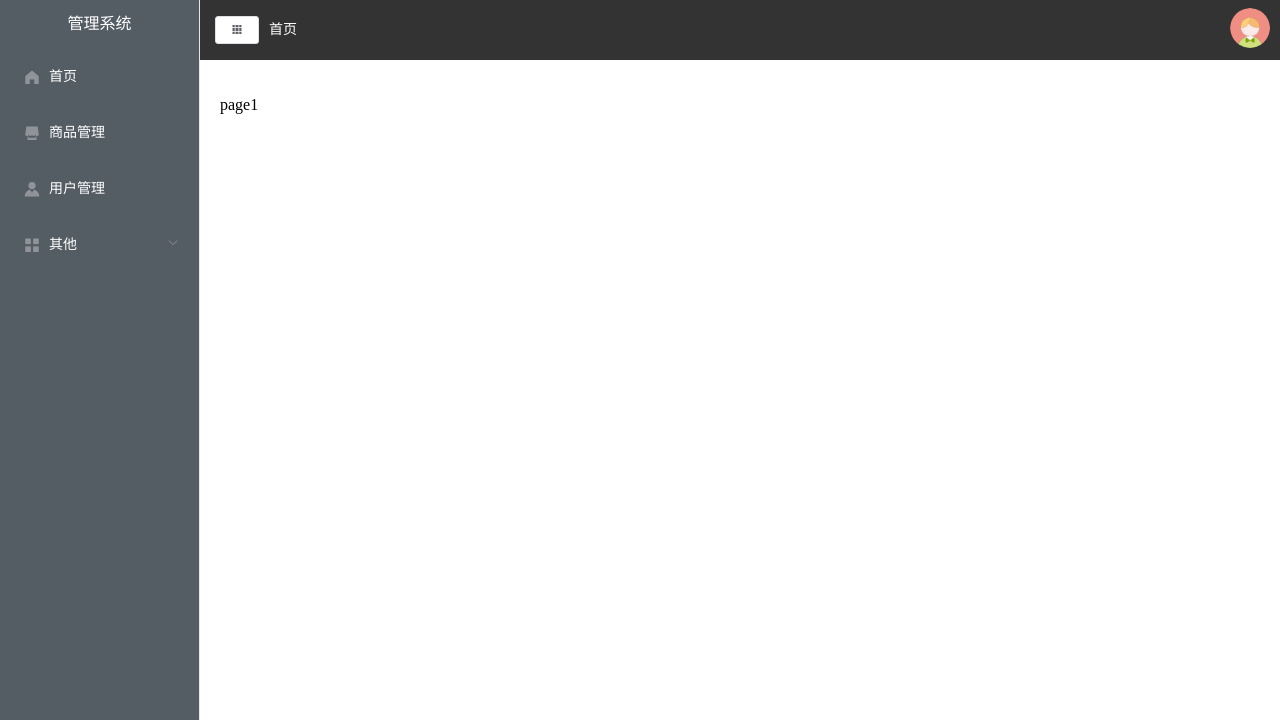
Repository: tkqi/manage
Page: /#/page1
These files come from the project's save history. The page is drawn as it stood at one moment and after the next save; the edit follows.
The browser window is 1280 px wide. The pictures show the whole page.
The project was rebuilt for these pictures with package versions that can differ from the ones it lists, and the page was loaded fresh each time. Also part of the build but not shown: vue.config.js.

Above is the page before, as saved 2023-12-01 16:15:13.

### src/main.js
import Vue from 'vue'
import App from './App.vue'
import router from './router'
import store from './store'
import ElementUI from 'element-ui';
import 'element-ui/lib/theme-chalk/index.css';

Vue.config.productionTip = false
Vue.use(ElementUI);

new Vue({
  router,
  store,
  render: h => h(App)
}).$mount('#app')

### src/App.vue
<template>
  <div id="app">
    <!-- 路由出口 -->
    <router-view />
  </div>
</template>

<script>
export default {
  name: 'App'
}
</script>

<style lang="less">
html,
body,
h3 {
  margin: 0;
  padding: 0;
}
</style>

### src/router/index.js
import Vue from 'vue'
import VueRouter from 'vue-router'
import routes from './routes'
Vue.use(VueRouter)


const router = new VueRouter({
  routes: routes
})

// 暴露router实例
export default router

### src/router/routes.js
export default [
    // 主路由
    {
        path: '/',
        component: () => import('../views/Main.vue'),
        redirect:'/home',// 重定向
        // 子路由
        children: [
            {
                // 首页
                path: '/home',
                // 路由组件懒加载
                component: () => import('../views/Home.vue')
            },
            {
                // 用户管理
                path: '/user',
                component: () => import('../views/User.vue')
            },
            {
                // 商品管理
                path: '/mall',
                component: () => import('../views/Mall.vue')
            },
            {
                // 其他/页面1
                path: '/page1',
                component: () => import('../views/Page1.vue')
            },
            {
                // 其他/页面2
                path: '/page2',
                component: () => import('../views/Page2.vue')
            },
        ]
    },
    {
        path: '/home',
        // 路由组件懒加载
        component: () => import('../views/Home.vue')
    },
    {
        path: '/user',
        component: () => import('../views/User.vue')
    }
]

### src/views/Main.vue
<!-- eslint-disable vue/multi-word-component-names -->
<template>
    <div>
        <el-container>
            <el-aside width="200px">
                <sidebar />
            </el-aside>
            <el-container>
                <el-header><topbar/></el-header>
                <el-main><router-view /></el-main>
            </el-container>
        </el-container>

    </div>
</template>

<script>
import sidebar from '../components/sidebar.vue'
import topbar from '../components/topbar.vue';
export default {
    components: {
        sidebar,
        topbar
    }
}
</script>

<style lang="less" scoped>
.el-header {
    padding: 0;
    margin: 0;
}
</style>

### src/views/Page1.vue
<!-- eslint-disable vue/multi-word-component-names -->
<template>
    <div>
        <p>page1</p>
    </div>
</template>

<script>

</script>

### src/components/sidebar.vue
<!-- eslint-disable vue/multi-word-component-names -->
<template>
    <el-menu class="menu" @open="handleOpen" @close="handleClose" :collapse="isCollapse" background-color="#545c64"
        text-color="#fff" active-text-color="#ffd04b" collapse-transition="true" unique-opened="true">
        <h3>管理系统</h3>
        <el-menu-item v-for="item in noChildren" :key="item.name" :index="item.name" @click="clickMenu(item)">
            <i :class="`el-icon-${item.icon}`"></i>
            <span slot="title">{{ item.label }}</span>
        </el-menu-item>
        <el-submenu v-for="item in hasChildren" :key="item.label" :index="item.label">
            <template slot="title">
                <i :class="`el-icon-${item.icon}`"></i>
                <span slot="title">{{ item.label }}</span>
            </template>
            <el-menu-item-group v-for="subitem in item.children" :key="subitem.name">
                <el-menu-item :index="subitem.name" @click="clickSubmenu(subitem)">
                    <!-- <template slot="title"> -->
                    <i :class="`el-icon-${subitem.icon}`"></i>
                    <span slot="title">{{ subitem.name }}</span>
                    <!-- </template> -->
                </el-menu-item>
            </el-menu-item-group>
        </el-submenu>
    </el-menu>
</template>

<script>
export default {
    computed: {
        // 无子菜单
        noChildren() {
            return this.menuData.filter(o => !o.children);
        },
        // 有子菜单
        hasChildren() {
            return this.menuData.filter(o => o.children);
        }
    },
    data() {
        return {
            isCollapse: false,
            menuData: [
                {
                    path: '/',
                    name: 'home',
                    label: "首页",
                    icon: 's-home',
                    url: 'Home/Home'
                },
                {
                    path: '/mall',
                    name: 'mall',
                    label: "商品管理",
                    icon: 's-shop',
                    url: 'MallManage/MallManage'
                },
                {
                    path: '/user',
                    name: 'user',
                    label: "用户管理",
                    icon: 's-custom',
                    url: 'UserManage/UserManage'
                },
                {
                    label: '其他',
                    icon: 'menu',
                    children: [
                        {
                            path: '/page1',
                            name: 'page1',
                            label: "页面1",
                            icon: 's-claim',
                            url: 'Other/PageOne'
                        },
                        {
                            path: '/page2',
                            name: 'page2',
                            label: "页面2",
                            icon: 's-claim',
                            url: 'Other/PageTwo'
                        },
                    ]
                }
            ]
        };
    },
    methods: {
        handleOpen(key, keyPath) {
            console.log(key, keyPath);
        },
        handleClose(key, keyPath) {
            console.log(key, keyPath);
        },
        clickMenu(item) {
            console.log(this.$router.currentRoute.path);
            // 判断当前路由于点击链接的路由不一致才跳转
            if (item.path != this.$route.path && !(this.$route.path == '/home' && item.path=='/'))
                this.$router.push(item.path);
        },
        clickSubmenu(subitem) {
            // 判断当前路由于点击链接的路由不一致才跳转
            if (subitem.path != this.$route.path)
                this.$router.push(subitem.path);
        }
    }
}
</script>

<style lang="less" scoped>
.el-menu-vertical-demo:not(.el-menu--collapse) {
    width: 200px;
    min-height: 400px;
}

.menu {
    height: 100vh;

    h3 {
        color: rgb(255, 255, 255);
        text-align: center;
        line-height: 48px;
        font-size: 16px;
        font-weight: 400;
    }
}
</style>

### src/components/topbar.vue
<!-- eslint-disable vue/multi-word-component-names -->
<template>
    <div class="head-container">
        <div class="l-content">
            <el-button icon="el-icon-s-grid" size="mini" />
            <!-- 面包屑 -->
            <span class="text">首页</span>
        </div>
        <div class="r-content">
            <el-dropdown>
                <span class="el-dropdown-link">
                    <img class="img" src="../assets/img/user-default.png" alt="">
                </span>
                <el-dropdown-menu slot="dropdown">
                    <el-dropdown-item>个人中心</el-dropdown-item>
                    <el-dropdown-item>退出</el-dropdown-item>
                </el-dropdown-menu>
            </el-dropdown>
        </div>
    </div>
</template>

<script>
export default {

}
</script>

<style lang="less" scoped>
.head-container {
    background-color: #333;
    height: 60px;
    display: flex;
    justify-content: space-between;
    align-items: center;
    padding-left: 15px;
    padding-right: 10px;
}

// .l-content {
//     padding-left: 15px;
// }

.r-content {}

.text {
    color: white;
    font-size: 14px;
    padding-left: 10px;
}

.img{
    height: 40px;
    width: 40px;
    border-radius: 50%;
}
</style>

Loaded but not shown: public/index.html (common file); src/store/index.js (common file)

After the next save:
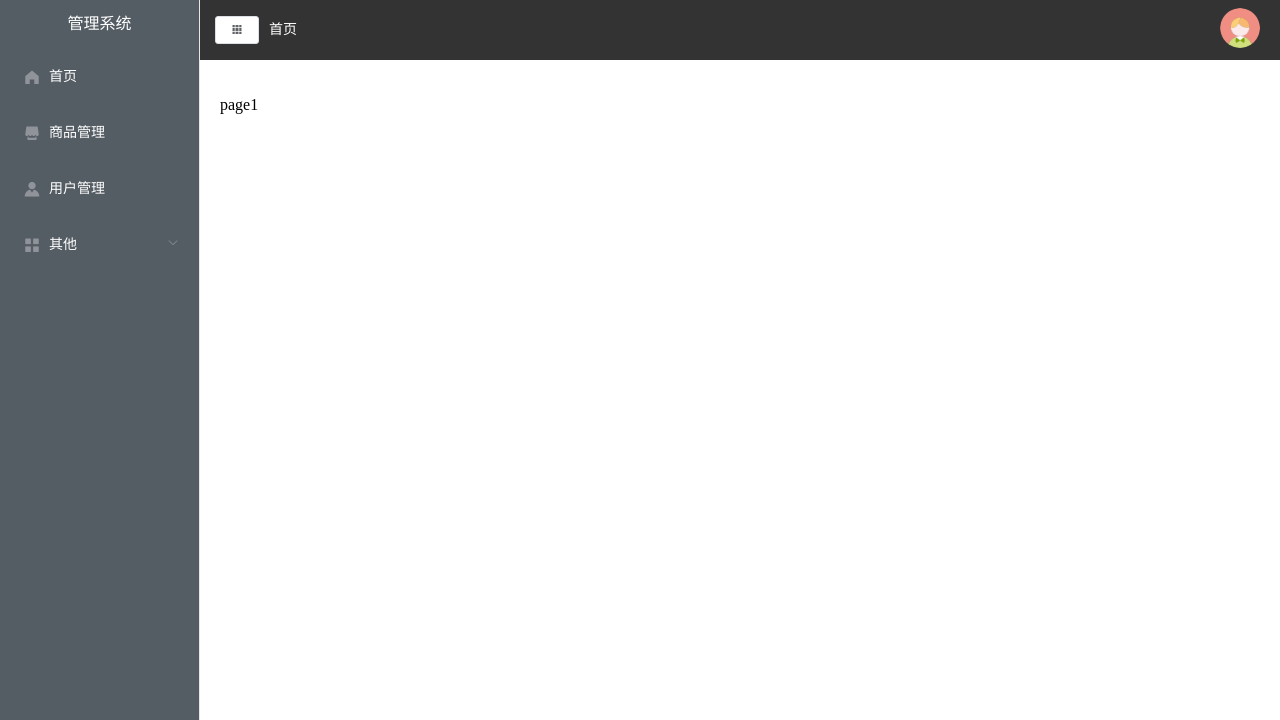
Saved 12 s later.
--- a/src/components/topbar.vue
+++ b/src/components/topbar.vue
@@ -34,7 +34,7 @@ export default {
     justify-content: space-between;
     align-items: center;
     padding-left: 15px;
-    padding-right: 10px;
+    padding-right: 20px;
 }
 
 // .l-content {
